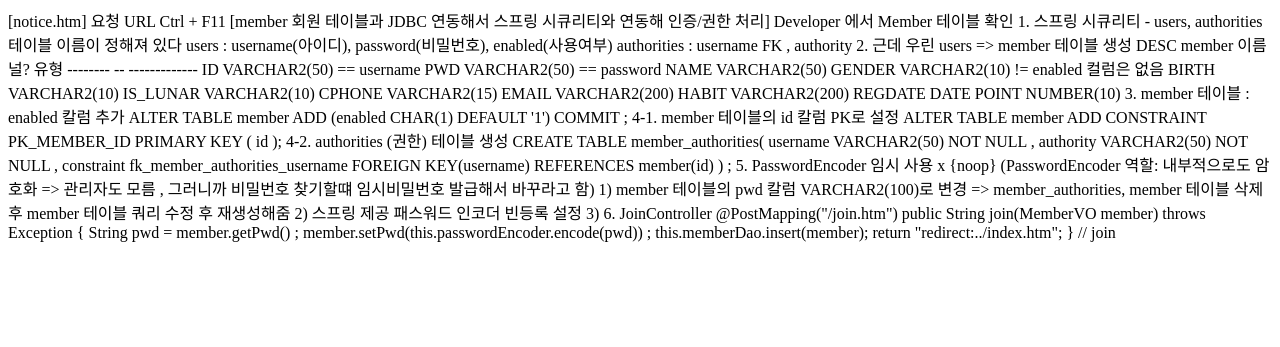
Repository: Vida0822/-
Page: SL11_SECURITY2_JDBC/src/main/webapp/customer/notice.htm
These files come from the project's save history. The page is drawn as it stood at one moment and after the next save; the edit follows.
The browser window is 1280 px wide. The pictures show the whole page.

Above is the page before, as saved 2023-07-05 01:06:44.

### SL11_SECURITY2_JDBC/src/main/webapp/customer/notice.htm
[notice.htm] 요청 URL
Ctrl + F11

[member 회원 테이블과 JDBC 연동해서 스프링 시큐리티와 연동해 인증/권한 처리]

 Developer 에서 Member 테이블 확인

1. 스프링 시큐리티 -  users, authorities 테이블 이름이 정해져 있다

	users : username(아이디), password(비밀번호), enabled(사용여부)
	authorities : username FK , authority


2. 근데 우린 users => member 테이블 생성

DESC member

이름       널? 유형
-------- -- -------------
ID          VARCHAR2(50)  				== username
PWD         VARCHAR2(50)  				== password
NAME        VARCHAR2(50)
GENDER      VARCHAR2(10)  			!= enabled 컬럼은 없음
BIRTH       VARCHAR2(10)
IS_LUNAR    VARCHAR2(10)
CPHONE      VARCHAR2(15)
EMAIL       VARCHAR2(200)
HABIT       VARCHAR2(200)
REGDATE     DATE
POINT       NUMBER(10)

3. member 테이블 : enabled 칼럼 추가
ALTER TABLE member
ADD (enabled CHAR(1) DEFAULT '1')
COMMIT ;

4-1. member 테이블의 id 칼럼 PK로 설정

ALTER TABLE member
	ADD
		CONSTRAINT PK_MEMBER_ID
		PRIMARY KEY (
			id
		);

4-2. authorities (권한) 테이블 생성

CREATE TABLE member_authorities(
    username VARCHAR2(50) NOT NULL
    , authority VARCHAR2(50) NOT NULL
    , constraint fk_member_authorities_username
        FOREIGN KEY(username)
        REFERENCES member(id)
) ;


5. PasswordEncoder 임시 사용 x {noop}
(PasswordEncoder 역할: 내부적으로도 암호화
 => 관리자도 모름 , 그러니까 비밀번호 찾기할떄 임시비밀번호 발급해서 바꾸라고 함)

1) member 테이블의 pwd 칼럼 VARCHAR2(100)로 변경
=> member_authorities, member 테이블 삭제 후 member 테이블 쿼리 수정 후 재생성해줌

2) 스프링 제공 패스워드 인코더 빈등록 설정
<bean id="bCryptPasswordEncoder" class="org.springframework.security.crypto.bcrypt.BCryptPasswordEncoder"></bean>

3)
	<!-- 실제 인증을 처리하는 객체 -->
	<security:authentication-manager>
		<security:authentication-provider>
			<security:user-service>
				<security:user name="hong" authorities="ROLE_USER" password="{noop}1234"/>
				<security:user name="admin" authorities="ROLE_USER, ROLE_ADMIN, ROLE_MANAGER" password="{noop}1234"/>
			</security:user-service>
			<security:password-encoder ref="bCryptPasswordEncoder"/>
		</security:authentication-provider>
	</security:authentication-manager>



6. JoinController
	@PostMapping("/join.htm")
	public String join(MemberVO member) throws Exception {
		String pwd = member.getPwd() ;
		member.setPwd(this.passwordEncoder.encode(pwd)) ;
		this.memberDao.insert(member);
		return "redirect:../index.htm";
	} // join

After the next save:
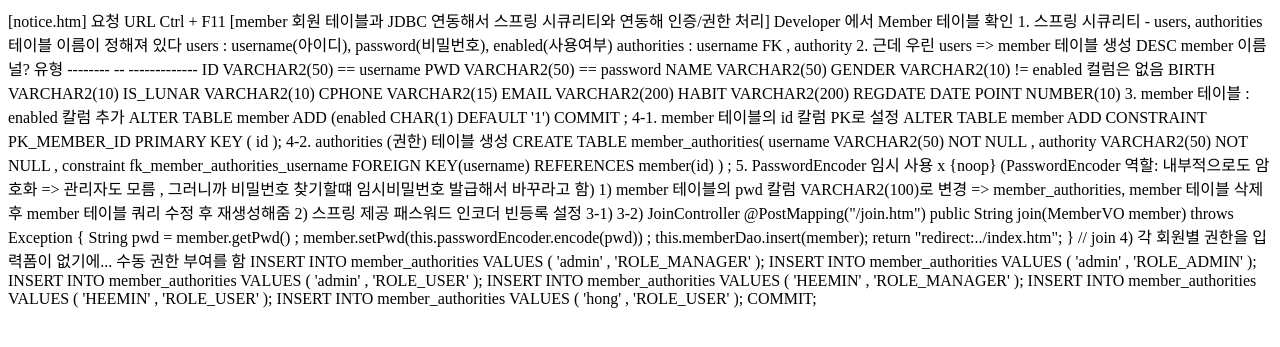
Saved 5 min 58 s later.
--- a/SL11_SECURITY2_JDBC/src/main/webapp/customer/notice.htm
+++ b/SL11_SECURITY2_JDBC/src/main/webapp/customer/notice.htm
@@ -64,7 +64,7 @@ CREATE TABLE member_authorities(
 2) 스프링 제공 패스워드 인코더 빈등록 설정
 <bean id="bCryptPasswordEncoder" class="org.springframework.security.crypto.bcrypt.BCryptPasswordEncoder"></bean>
 
-3)
+3-1)
 	<!-- 실제 인증을 처리하는 객체 -->
 	<security:authentication-manager>
 		<security:authentication-provider>
@@ -76,9 +76,7 @@ CREATE TABLE member_authorities(
 		</security:authentication-provider>
 	</security:authentication-manager>
 
-
-
-6. JoinController
+3-2) JoinController
 	@PostMapping("/join.htm")
 	public String join(MemberVO member) throws Exception {
 		String pwd = member.getPwd() ;
@@ -86,3 +84,13 @@ CREATE TABLE member_authorities(
 		this.memberDao.insert(member);
 		return "redirect:../index.htm";
 	} // join
+
+
+4) 각 회원별 권한을 입력폼이 없기에... 수동 권한 부여를 함
+ INSERT INTO member_authorities VALUES ( 'admin' , 'ROLE_MANAGER' );
+      INSERT INTO member_authorities VALUES ( 'admin' , 'ROLE_ADMIN' );
+      INSERT INTO member_authorities VALUES ( 'admin' , 'ROLE_USER' );
+      INSERT INTO member_authorities VALUES ( 'HEEMIN' , 'ROLE_MANAGER' );
+      INSERT INTO member_authorities VALUES ( 'HEEMIN' , 'ROLE_USER' );
+      INSERT INTO member_authorities VALUES ( 'hong' , 'ROLE_USER' );
+      COMMIT;
